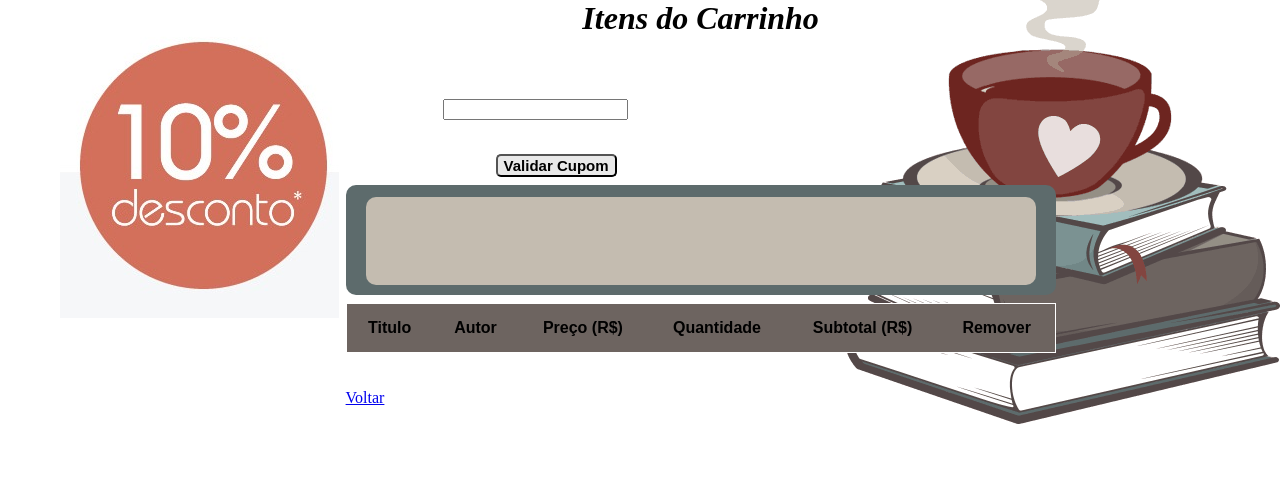
Repository: gabriellacrystina/ProjetoTegra
Page: http://localhost/book-store/meuCarrinho.jsp
An editor plug-in stored every save of this project. The page is shown before and after the next save, followed by the edit.
The browser window is 1280 px wide. The pictures show the whole page.
The page is served by Tomcat 9. Nobody is signed in. The application's start-up code is not run. Other server files are loaded and not shown. The template is opened directly, without the code that normally fills it, so the values that code supplies are empty.

Above is the page before, as saved 2016-07-07 20:18:33.

### book-store/WebContent/meuCarrinho.jsp
<%@ page language="java" contentType="text/html; charset=ISO-8859-1"
    pageEncoding="ISO-8859-1"%>
<%@ page import="model.Item" %>
<%@ page import="java.util.ArrayList" %>
<%@ taglib uri="http://java.sun.com/jsp/jstl/core" prefix="c" %>

<!DOCTYPE html PUBLIC "-//W3C//DTD HTML 4.01 Transitional//EN" "http://www.w3.org/TR/html4/loose.dtd">
<html>
	<head>
		<meta http-equiv="Content-Type" content="text/html; charset=ISO-8859-1">
		<link rel="stylesheet" type="text/css" href="book-store-style.css">
		<title>Carrinho</title>
	</head>
	<body>
			<h1>Itens do Carrinho</h1>

			<section class="cupom">
			<div class="teste">
				<figure class="img-desconto">
					<img alt="15px" src="desconto.jpg" />
				</figure>
				<h3>Possui cumpom de desconto?</h3>
				<p>Informe aqui: <input type="text" maxlength="15"></p>
				<br>
				<button class="btn" type="submit">Validar Cupom</button>
			</div>


			</section>

			<div class="my-cart">
				<div class="carrinho">

				</div>
			</div>
			<table id="tbl-books">
			  <tr>
			    <th>Titulo</th>
			    <th>Autor</th>
			    <th>Preço (R$)</th>
			    <th>Quantidade</th>
			    <th>Subtotal (R$)</th>
			    <th>Remover</th>
			  </tr>
		  		<c:forEach var="item" items="${listaItens}">
		  			<tr class="livros">
						<td class="nome-livro">${item.getProduto().getTitulo()}</td>
						<td class="nome-autor">${item.getProduto().getAutor()}</td>
						<td class="preco">${item.getProduto().getPreco()}</td>
						<td class="quantidade">${item.getQuantidade()}</td>
						<td class="subtotal">${item.getSubtotal()}</td>
						<td>
							<form action="MeuCarrinho" method="post">
								<input type="hidden" name="id-livro" value="${item.getProduto().getId()}"/>
								<button class="btn btn-comprar" type="submit">Remover</button>
							</form>
						</td>
					</tr>
		  		</c:forEach>
			</table>
			<br>

			<br><a href="index.jsp">Voltar</a>
	</body>
</html>

### book-store/WebContent/book-store-style.css
@CHARSET "ISO-8859-1";

body {
	background-image: url("img/back.png");
	background-repeat: no-repeat;
	background-position: right top;
	background-attachment: initial;
    width: 710px;
    margin-top: 0px;
    margin-left: 27%;
	margin-right: auto;
}

h1 {
	font-style: oblique;
	text-align: center;
    color: #000000;
    margin-top: 0px;
    font-family: cursive;
}

h2{
	text-align: center;
	font-family: cursive;
    font-size: -webkit-xxx-large;
    color: #5D6B6C;
}

h5{
	color: #000000;
	font-size: x-large;
}

h4{
	color: #1b1919;
	text-align: center;
    font-size: x-large;
    font-family: cursive;

}

#tbl-books {
	width: 100%;
	font-family: "Arial", "Helvetica", sans-serif;
	border: 1px solid #ffffff;
    border-collapse: collapse;
}

#tbl-books tr:nth-child(even){
	background-color: #FFFFFF
}

#tbl-books tr:nth-child(odd){
	background-color: #6D6460;
}

th, td {
    padding: 15px;
    text-align: center;
}


.nome-livro{
	text-align: left;
}

.my-cart{
	width: 100%;
	height: 110px;
	border-radius: 10px;
    padding: 12px 20px;
    margin: 8px 0;
    box-sizing: border-box;
	background-color: #5D6B6C;
	margin-left: auto;
	margin-right: auto;
}
.cart{
	float: right;
	background-color: #c4bcb0;
	border-radius: 10px;
	padding-left: 10px;
	padding-bottom: 5px;
	margin-left: auto;
	margin-right: auto;
}

.carrinho{
	background-color: #c4bcb0;
	height: 90%;
	text-align: left;
	border-radius: 10px;
	padding-top: 10px;
	padding-left: 10px;
	padding-right: 10px;
	font: small-caption;
    font-weight: 700;
}

#lbl-meu-carrinho{
	font-size: 20px;
	font-weight: bold;
}

.btn {
	font-family: "Arial", "Helvetica", sans-serif;
	border-radius: 5px;
	font-size: 15px;
	font-weight: bold;
	margin-left: 150px;
	margin-right: 5px;
	background-color: #e9e9e9;
}

.btn-comprar{
	margin-left: 10%;
}

.btn-validarCumpom{
	margin-left: 60%;
}

.btn-concluirCompra{
	float: right;
	margin-top: -10px;
	margin-left: 70%;
}
.it-carrinho{
	margin-right: 150px;
}

.img-desconto{
	background-image: url("img/desconto.jpg");
	width: 10%;
	top:5px;
	left:20px;
	position:absolute;
}

#img-descricao{
	color: #ffffff;
	font-size: 10px;
}

h3, p{
	color: #ffffff;
	font-family: "Arial", "Helvetica", serif;
}

.desconto{
	margin-top: 0px;
	background-color: #6D2520;
	width: 22%;
	height: 100%;
	left:35px;
	text-align: left;
	padding-top: 5%;
	padding-left: 15px;
	position:absolute;
}

#img-desconto{
	padding-top: 20%;
	width: 100%;

}
.titulo-livro{
	font-size: larger;
}

After the next save:
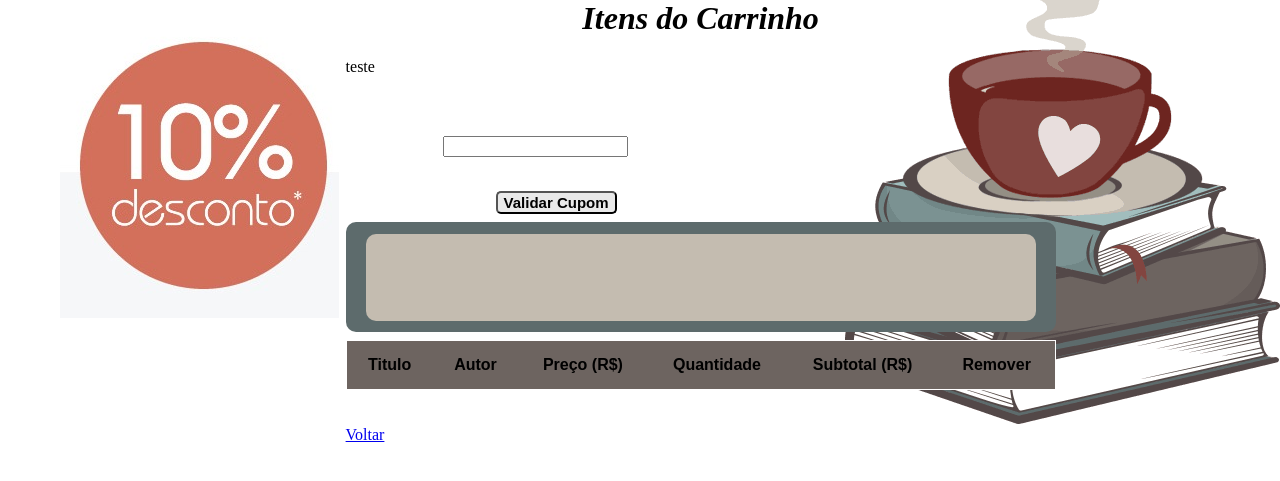
Saved 18 s later.
--- a/book-store/WebContent/meuCarrinho.jsp
+++ b/book-store/WebContent/meuCarrinho.jsp
@@ -19,13 +19,14 @@
 				<figure class="img-desconto">
 					<img alt="15px" src="desconto.jpg" />
 				</figure>
+
+				teste
+			</div>
+
 				<h3>Possui cumpom de desconto?</h3>
 				<p>Informe aqui: <input type="text" maxlength="15"></p>
 				<br>
 				<button class="btn" type="submit">Validar Cupom</button>
-			</div>
-
-
 			</section>
 
 			<div class="my-cart">
